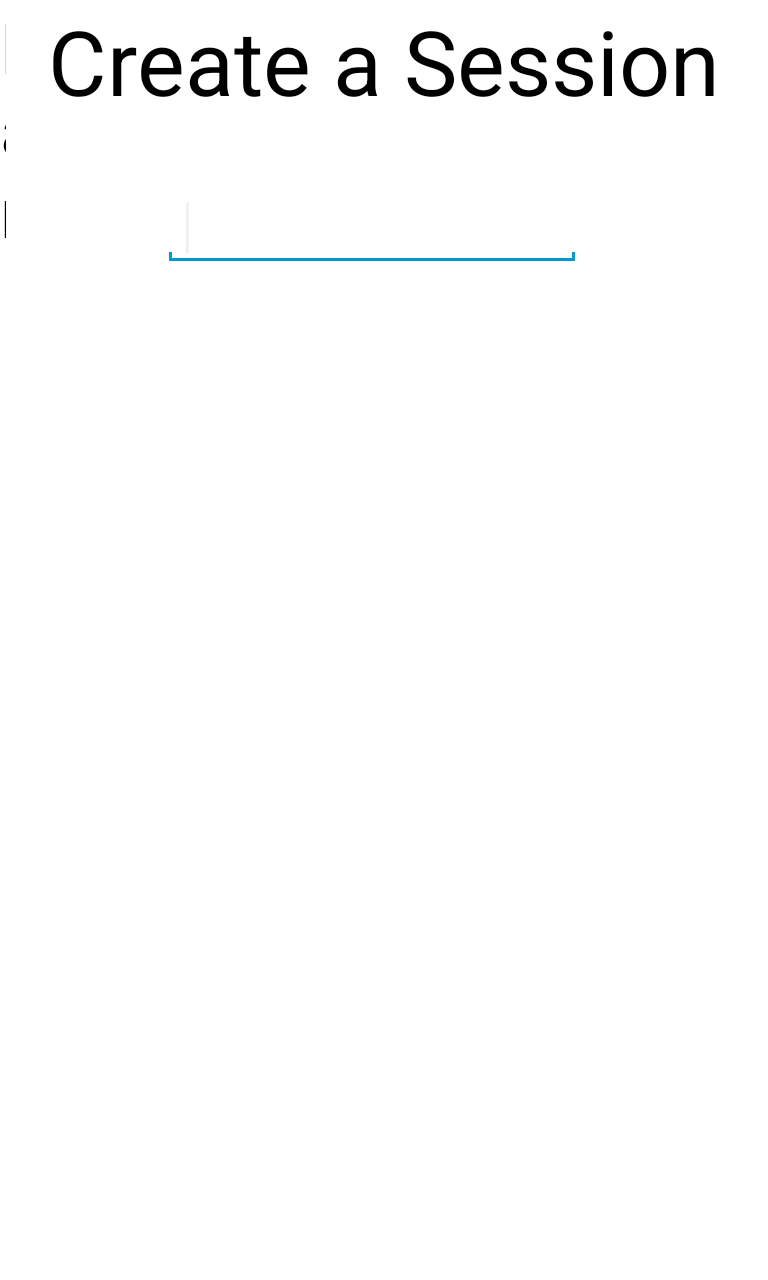
Repository: vnataraj/groupnote
Layout: GroupNote/res/layout/create_session.xml
These files come from the project's save history. The layout is drawn as it stood at one moment and after the next save; the edit follows.
It is drawn on a 768 x 1280 px phone screen (xhdpi) without system bars, with theme AppTheme; the app's code is not run.

Above is the layout before, as saved 2013-03-19 20:01:25.

After the next save:
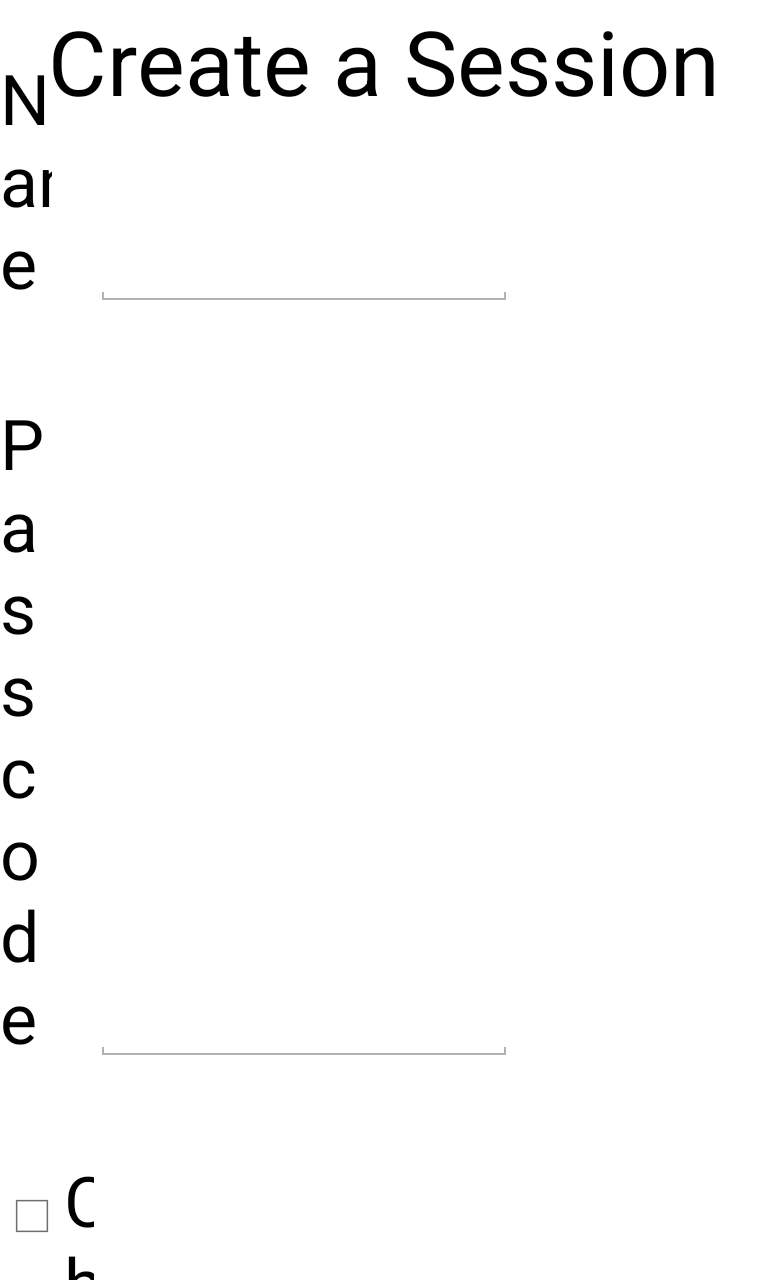
Saved 4 min 10 s later.
--- a/GroupNote/res/layout/create_session.xml
+++ b/GroupNote/res/layout/create_session.xml
@@ -21,23 +21,50 @@
         android:layout_height="wrap_content"
         android:layout_alignParentRight="true"
         android:layout_below="@+id/textView1"
-        android:layout_marginRight="93dp"
-        android:layout_marginTop="34dp"
+        android:layout_marginRight="127dp"
+        android:layout_marginTop="54dp"
         android:ems="10"
-        android:inputType="textShortMessage" >
-
-        <requestFocus />
-    </EditText>
+        android:inputType="textShortMessage" />
 
     <TextView
         android:id="@+id/textView2"
         android:layout_width="wrap_content"
         android:layout_height="wrap_content"
         android:layout_alignBottom="@+id/editText1"
-        android:layout_marginRight="78dp"
+        android:layout_marginRight="21dp"
         android:layout_toLeftOf="@+id/editText1"
         android:text="Name"
         android:textAppearance="?android:attr/textAppearanceLarge"
         android:textSize="35sp" />
 
+    <EditText
+        android:id="@+id/EditText01"
+        android:layout_width="wrap_content"
+        android:layout_height="wrap_content"
+        android:layout_alignBottom="@+id/TextView01"
+        android:layout_alignLeft="@+id/editText1"
+        android:ems="10"
+        android:inputType="textShortMessage" />
+
+    <TextView
+        android:id="@+id/TextView01"
+        android:layout_width="wrap_content"
+        android:layout_height="wrap_content"
+        android:layout_alignRight="@+id/textView2"
+        android:layout_below="@+id/textView2"
+        android:layout_marginTop="44dp"
+        android:text="Passcode"
+        android:textAppearance="?android:attr/textAppearanceLarge"
+        android:textSize="35sp" />
+
+    <CheckBox
+        android:id="@+id/checkBox1"
+        android:layout_width="wrap_content"
+        android:layout_height="wrap_content"
+        android:layout_below="@+id/EditText01"
+        android:layout_marginTop="45dp"
+        android:layout_toLeftOf="@+id/EditText01"
+        android:textSize="35sp"
+        android:text="CheckBox" />
+
 </RelativeLayout>
